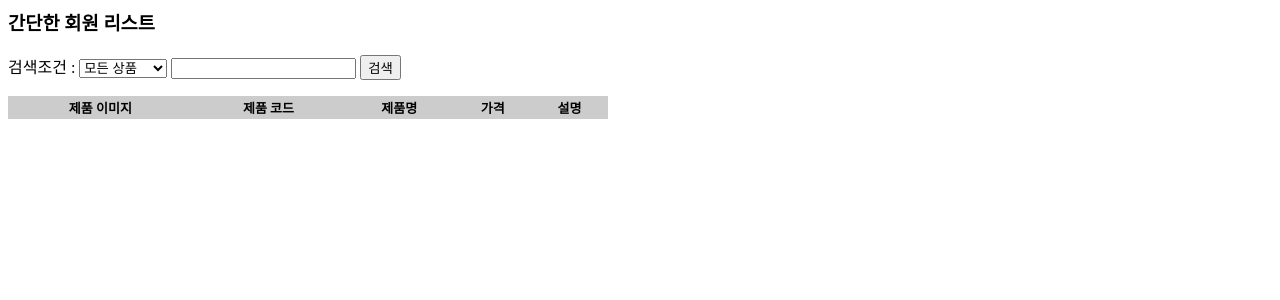
Repository: sjeong12/Photos
Page: http://localhost/LSJ_PHOTO/admin/productList.jsp
The author's editor kept a copy of each file at every save. The page is drawn from the files as they stood at one save, then again after the next save.
The browser window is 1280 px wide. The pictures show the whole page.
The page is served by Tomcat 9. Queries for data that is not in the repository find no rows.

Above is the page before, as saved 2016-12-07 05:48:08.

After the next save:
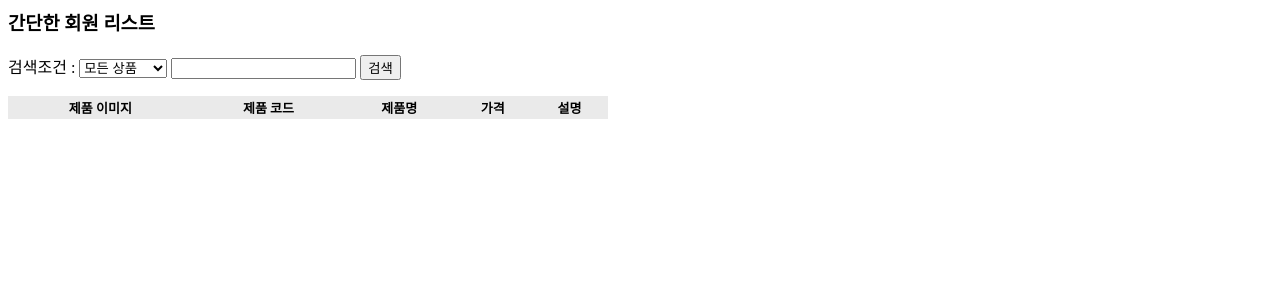
Saved 94 s later.
--- a/LSJ_PHOTO/WebContent/admin/productList.jsp
+++ b/LSJ_PHOTO/WebContent/admin/productList.jsp
@@ -59,7 +59,7 @@
 
 <TABLE border = "0" cellspacing = "0" cellpadding = "2" width = "600">
 
-<TR bgcolor = "cccccc">
+<TR bgcolor = "EAEAEA">
 <TH><font size = 2><center><b>제품 이미지</b></center></font></TH>
 <TH><font size = 2><center><b>제품 코드</b></center></font></TH>
 <TH><font size = 2><center><b>제품명</b></center></font></TH>
